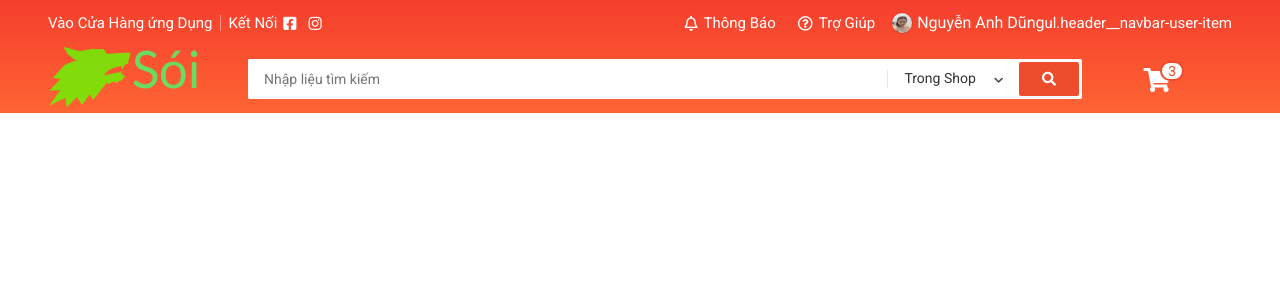
Repository: adwewecat/shoppe
Page: index.html
These files come from the project's save history. The page is drawn as it stood at one moment and after a run of saves; the edit follows.
The browser window is 1280 px wide. The pictures show the whole page.

Above is the page before, as saved 2021-09-03 11:57:37.

### index.html
<!DOCTYPE html>
<html lang="en">

<head>
    <meta charset="UTF-8" />
    <meta http-equiv="X-UA-Compatible" content="IE=edge" />
    <meta name="viewport" content="width=device-width, initial-scale=1.0" />
    <title>Document</title>
    <link rel="preconnect" href="https://fonts.googleapis.com" />
    <link rel="preconnect" href="https://fonts.gstatic.com" crossorigin />
    <link href="https://fonts.googleapis.com/css2?family=Roboto:ital,wght@0,400;0,500;0,700;1,300&display=swap"
        rel="stylesheet" />
    <link rel="stylesheet" href="./assets/css/base.css" />
    <link rel="stylesheet" href="./assets/css/main.css" />
    <link rel="stylesheet" href="./assets/fonts/fontawesome-free-5.15.4/css/all.min.css" />
</head>

<body>
    <div class="main">
        <header class="header">
            <div class="grid">
                <!-- Begin Navbar -->
                <nav class="header__navbar">
                    <ul class="header__navbar-list">
                        <li class="
                  header__navbar-item
                  header__navbar-item--has-qr
                  header__navbar-item--seperate
                ">
                            Vào Cửa Hàng ứng Dụng
                            <!-- Begin Header QR Code -->
                            <div class="header__qr">
                                <img src="./assets/img/qr_code/qrcode_2066837_.png" alt="QR_Code_Lagel"
                                    class="header__qr-img" />
                                <div class="header__qr-apps">
                                    <a href="" class="header__qr-link">
                                        <img src="./assets/img/qr_code/android.png" alt="android"
                                            class="header__qr-dowload-img" />
                                    </a>
                                    <a href="" class="header__qr-link">
                                        <img src="./assets/img/qr_code/ios.png" alt="ios"
                                            class="header__qr-dowload-img" />
                                    </a>
                                </div>
                            </div>
                            <!-- End Header QR Code -->
                        </li>
                        <li class="header__navbar-item">
                            <span class="header__navbar-title-no-pointer">Kết Nối</span>
                            <a href="" class="header__navbar-icon-link">
                                <i class="header__navbar-icon fab fa-facebook-square"></i>
                            </a>
                            <a href="" class="header__navbar-icon-link">
                                <i class="header__navbar-icon fab fa-instagram"></i>
                            </a>
                        </li>
                    </ul>

                    <ul class="header__navbar-list">
                        <li class="header__navbar-item header__navbar-item--has-notify">
                            <a href="" class="header__navbar-item-link">
                                <i class="header__navbar-icon far fa-bell"></i>
                                Thông Báo
                            </a>

                            <!-- Begin hover Thông Báo -->
                            <div class="header__notify">
                                <header class="header__notify-header">
                                    <h3>Thông Báo Mới Nhận</h3>
                                </header>
                                <ul class="header__notify-list">
                                    <li class="header__notify-item header__notify-item--viewed">
                                        <a href="" class="header__notify-link">
                                            <img src="./assets/img/san-pham/xiaomi-mi-11-ultra.jpg"
                                                alt="Xiaomi Mi 11 Ultra" class="header__notify-img" />
                                            <div class="header__notify-info">
                                                <span class="header__notify-name">Xiaomi Mi 11 Ultra</span>
                                                <span class="header__notify-description">Mô tả điện thoại Xiaomi Mi 11
                                                    Ultra</span>
                                            </div>
                                        </a>
                                    </li>

                                    <li class="header__notify-item">
                                        <a href="" class="header__notify-link">
                                            <img src="./assets/img/san-pham/xiaomi-mi-11-ultra.jpg"
                                                alt="Xiaomi Mi 11 Ultra" class="header__notify-img" />
                                            <div class="header__notify-info">
                                                <span class="header__notify-name">Xiaomi Mi 11 Ultra Ultra Ultra Ultra
                                                    Ultra Ultra
                                                    Ultra Ultra Ultra Ultra</span>
                                                <span class="header__notify-description">Mô tả điện thoại Xiaomi Mi 11
                                                    Ultra Mô tả điện
                                                    thoại Xiaomi Mi 11 Ultra Mô tả điện thoại Xiaomi Mi
                                                    11 Ultra Mô tả điện thoại Xiaomi Mi 11 Ultra</span>
                                            </div>
                                        </a>
                                    </li>

                                    <li class="header__notify-item">
                                        <a href="" class="header__notify-link">
                                            <img src="./assets/img/san-pham/xiaomi-mi-11-ultra.jpg"
                                                alt="Xiaomi Mi 11 Ultra" class="header__notify-img" />
                                            <div class="header__notify-info">
                                                <span class="header__notify-name">Xiaomi Mi 11 Ultra</span>
                                                <span class="header__notify-description">Mô tả điện thoại Xiaomi Mi 11
                                                    Ultra</span>
                                            </div>
                                        </a>
                                    </li>
                                </ul>

                                <footer class="header__notify-footer">
                                    <a href="" class="header__notify-footer-btn">Xem Tất Cả</a>
                                </footer>
                            </div>
                            <!-- Begin hover Thông Báo -->
                        </li>

                        <li class="header__navbar-item">
                            <a href="" class="header__navbar-item-link">
                                <i class="header__navbar-icon far fa-question-circle"></i>
                                Trợ Giúp
                            </a>
                        </li>
                        <!-- <li class="header__navbar-item header__navbar-item--strong header__navbar-item--seperate">
                            Đăng Ký
                        </li>
                        <li class="header__navbar-item header__navbar-item--strong">
                            Đăng Nhập
                        </li> -->
                        <li class="header__navbar-item header__navbar-item-user">
                            <img src="./assets/img/san-pham/4.jpg" alt="" class="header__navbar-user-img">
                            <span class="header__navbar-user-name">Nguyễn Anh Dũng</span>

                            ul.header__navbar-user-item

                        </li>
                    </ul>
                </nav>
                <!-- End Navbar -->

                <!-- Begin search, logo, giỏ hàng -->
                <div class="header-with-search">
                    <div class="header__logo">
                        <img src="./assets/img/san-pham/logo.png" alt="" class="header__logo-img" />
                    </div>
                    <!-- Begin Search -->
                    <div class="header__search">
                        <div class="header__search-input-wrap">
                            <input type="text" class="header__search-input" placeholder="Nhập liệu tìm kiếm" />

                            <!-- Search History -->
                            <div class="header__search-history">
                                <h3 class="header__search-history-heading">
                                    Lịch Sử Tìm Kiếm
                                </h3>
                                <ul class="header__search-history-list">
                                    <li class="header__search-history-item">
                                        <a href="">Iphone 12 pro max</a>
                                    </li>
                                    <li class="header__search-history-item">
                                        <a href="">Xiaomi Mi 11i </a>
                                    </li>
                                </ul>
                            </div>
                        </div>

                        <div class="header__search-select">
                            <span class="header__search-select-lable">Trong Shop</span>
                            <i class="header__search-select-icon fas fa-chevron-down"></i>

                            <ul class="header__search-option">
                                <li class="
                      header__search-option-item
                      header__search-option-item--active
                    ">
                                    <span>Trong Shop</span>
                                    <i class="fas fa-check"></i>
                                </li>
                                <li class="header__search-option-item">
                                    <span>Ngoài Shop</span>
                                    <i class="fas fa-check"></i>
                                </li>
                            </ul>
                        </div>
                        <button class="header__search-btn">
                            <i class="header__search-btn-icon fas fa-search"></i>
                        </button>
                    </div>
                    <!-- End Search -->

                    <!-- Begin Giỏ Hàng -->
                    <div class="header__cart">
                        <div class="header__cart-wrap">
                            <i class="fas fa-shopping-cart header__cart-icon"></i>
                            <span class="header__cart-notice">3</span>
                            <!-- No card : header__cart-list--no-cart -->
                            <div class="header__cart-list ">
                                <img src="./assets/img/san-pham/chua-co-san-pham.png" alt=""
                                    class="header__cart-no-cart-img" />
                                <span class="header__cart-list--no-cart-msg">Chưa Có Sản Phẩm Nào</span>

                                <!-- Có sản phẩm -->
                                <h4 class="header__cart-heading">Sản Phẩm Đã Thêm</h4>
                                <ul class="header__cart-list-item">
                                    <!-- Cart Item -->
                                    <li class="header__cart-item">
                                        <img src="./assets/img/san-pham/xiaomi-mi-11-ultra.jpg" alt=""
                                            class="header__cart-img" />
                                        <div class="header__cart-item-info">
                                            <div class="header__cart-item-head">
                                                <h5 class="header__cart-item-name">
                                                    Điện Thoại Cấu Hình Cao
                                                </h5>
                                                <div class="header__cart-item-price-wrap">
                                                    <span class="header__cart-item-price">19.000.000đ</span>
                                                    <span class="header__cart-item-multiply">x</span>
                                                    <span class="header__cart-item-quantity">2</span>
                                                </div>
                                            </div>
                                            <div class="header__cart-item-body">
                                                <span class="header__cart-item-description">
                                                    Phân Loại Hàng : Điện Thoại Thông Minh
                                                </span>
                                                <span class="header__cart-item-remove">Xóa</span>
                                            </div>
                                        </div>
                                    </li>
                                </ul>
                                <ul class="header__cart-list-item">
                                    <!-- Cart Item -->
                                    <li class="header__cart-item">
                                        <img src="./assets/img/san-pham/xiaomi-mi-11-ultra.jpg" alt=""
                                            class="header__cart-img" />
                                        <div class="header__cart-item-info">
                                            <div class="header__cart-item-head">
                                                <h5 class="header__cart-item-name">
                                                    Điện Thoại Cấu Hình Cao
                                                </h5>
                                                <div class="header__cart-item-price-wrap">
                                                    <span class="header__cart-item-price">19.000.000đ</span>
                                                    <span class="header__cart-item-multiply">x</span>
                                                    <span class="header__cart-item-quantity">2</span>
                                                </div>
                                            </div>
                                            <div class="header__cart-item-body">
                                                <span class="header__cart-item-description">
                                                    Phân Loại Hàng : Điện Thoại Thông Minh
                                                </span>
                                                <span class="header__cart-item-remove">Xóa</span>
                                            </div>
                                        </div>
                                    </li>
                                </ul>
                                <div>
                                    <a href="#" class="header__cart-view-cart btn btn--primary">Xem Tất Cả</a>
                                </div>
                            </div>
                        </div>
                    </div>
                    <!-- End Giỏ Hàng -->
                </div>
                <!-- End search, logo, giỏ hàng -->
            </div>
        </header>

        <div class="container"></div>

        <footer class="footer"></footer>
    </div>

    <!-- Begin Modal -->
    <!-- <div class="modal">
        <div class="modal__overlay"></div>

        <div class="modal__body"> -->

    <!-- Begin Register form -->
    <!-- <div class="auth-form">
                    <div class="auth-form__container">
                        <div class="auth-form__header">
                            <h3 class="auth-form__heading">Đăng Ký</h3>
                            <span class="auth-form__switch-btn">Đăng Nhập</span>
                        </div>

                        <div class="auth-form__form">
                            <div class="auth-form__group">
                                <input type="text" class="auth-form__input" placeholder="Nhập Email">
                            </div>
                            <div class="auth-form__group">
                                <input type="password" class="auth-form__input" placeholder="Nhập Mật Khẩu">
                            </div>
                            <div class="auth-form__group">
                                <input type="password" class="auth-form__input" placeholder="Nhập Lại Mật Khẩu">
                            </div>
                        </div>

                        <div class="auth-form__aside">
                            <p class="auth-form__policy-text">
                                Bằng Việc Đăng Ký , Bạn Đã Đồng Ý Với Shop Về
                                <a href="" class="auth-form__text-link">Điều Khoản Dịch Vụ</a> &
                                <a href="" class="auth-form__text-link">Chính Sách Bảo Mật</a>
                            </p>
                        </div>

                        <div class="auth-form__controls">
                            <button class="btn btn--normal auth-form__controls-back">TRỞ LẠI</button>
                            <button class="btn btn--primary">Đăng Ký</button>
                        </div>
                    </div>


                    <div class="auth-form__socials">

                        <a href="" class=" auth-form__socials-facebook btn btn--size-s btn--witch-icon">
                            <i class="auth-form__socials-icon fab fa-facebook-square"></i>
                            <span class="auth-form__socials-title">
                                Kết Nối Với Facebook
                            </span>
                        </a>

                        <a href="" class="auth-form__socials-google btn btn--size-s btn--witch-icon">
                            <i class="auth-form__socials-icon fab fa-google-plus-square"></i>
                            <span class="auth-form__socials-title">
                                Kết Nối Với Google
                            </span>
                        </a>
                    </div>
                </div> -->
    <!-- Begin Register form -->

    <!-- Begin Login form -->
    <!-- <div class="auth-form">
                    <div class="auth-form__container">
                        <div class="auth-form__header">
                            <h3 class="auth-form__heading">Đăng Nhập</h3>
                            <span class="auth-form__switch-btn">Đăng Ký</span>
                        </div>

                        <div class="auth-form__form">
                            <div class="auth-form__group">
                                <input type="text" class="auth-form__input" placeholder="Nhập Email">
                            </div>
                            <div class="auth-form__group">
                                <input type="password" class="auth-form__input" placeholder="Nhập Mật Khẩu">
                            </div>
                        </div>

                        <div class="auth-form__aside">
                            <div class="auth-form__help">
                                <a href="" class="auth-form__help-link auth-form__help-forgot">Quên Mật Khẩu</a>
                                <span class="auth-form__help-separate"></span>
                                <a href="" class="auth-form__help-link">Cần Trợ Giúp?</a>
                            </div>
                        </div>

                        <div class="auth-form__controls">
                            <button class="btn btn--normal auth-form__controls-back">Trở Lại</button>
                            <button class="btn btn--primary">Đăng Nhập</button>
                        </div>
                    </div>


                    <div class="auth-form__socials">

                        <a href="" class=" auth-form__socials-facebook btn btn--size-s btn--witch-icon">
                            <i class="auth-form__socials-icon fab fa-facebook-square"></i>
                            <span class="auth-form__socials-title">
                                Kết Nối Với Facebook
                            </span>
                        </a>

                        <a href="" class="auth-form__socials-google btn btn--size-s btn--witch-icon">
                            <i class="auth-form__socials-icon fab fa-google-plus-square"></i>
                            <span class="auth-form__socials-title">
                                Kết Nối Với Google
                            </span>
                        </a>
                    </div>
                </div> -->
    <!-- End Login form -->

    <!-- </div>
    </div> -->

    <!-- End Modal -->
</body>

</html>

### assets/css/base.css

/* Reset CSS */
/*! normalize.css v8.0.1 | MIT License | github.com/necolas/normalize.css */
html{line-height:1.15;-webkit-text-size-adjust:100%}body{margin:0}main{display:block}h1{font-size:2em;margin:.67em 0}hr{box-sizing:content-box;height:0;overflow:visible}pre{font-family:monospace,monospace;font-size:1em}a{background-color:transparent}abbr[title]{border-bottom:none;text-decoration:underline;text-decoration:underline dotted}b,strong{font-weight:bolder}code,kbd,samp{font-family:monospace,monospace;font-size:1em}small{font-size:80%}sub,sup{font-size:75%;line-height:0;position:relative;vertical-align:baseline}sub{bottom:-.25em}sup{top:-.5em}img{border-style:none}button,input,optgroup,select,textarea{font-family:inherit;font-size:100%;line-height:1.15;margin:0}button,input{overflow:visible}button,select{text-transform:none}[type=button],[type=reset],[type=submit],button{-webkit-appearance:button}[type=button]::-moz-focus-inner,[type=reset]::-moz-focus-inner,[type=submit]::-moz-focus-inner,button::-moz-focus-inner{border-style:none;padding:0}[type=button]:-moz-focusring,[type=reset]:-moz-focusring,[type=submit]:-moz-focusring,button:-moz-focusring{outline:1px dotted ButtonText}fieldset{padding:.35em .75em .625em}legend{box-sizing:border-box;color:inherit;display:table;max-width:100%;padding:0;white-space:normal}progress{vertical-align:baseline}textarea{overflow:auto}[type=checkbox],[type=radio]{box-sizing:border-box;padding:0}[type=number]::-webkit-inner-spin-button,[type=number]::-webkit-outer-spin-button{height:auto}[type=search]{-webkit-appearance:textfield;outline-offset:-2px}[type=search]::-webkit-search-decoration{-webkit-appearance:none}::-webkit-file-upload-button{-webkit-appearance:button;font:inherit}details{display:block}summary{display:list-item}template{display:none}[hidden]{display:none}
/*# sourceMappingURL=normalize.min.css.map */
/* https://cdnjs.cloudflare.com/ajax/libs/normalize/8.0.1/normalize.min.css */


:root {
    --primary-color: #EE4D2D;
    --white-color: #fff;
    --black-color: #000;
    --text-color: #333;
    --border-color: #dbdbdb;

    --navbar-height:34px;
    --header-height:120px
    --header-with-search-height:calc(var(var(--header-height)-var(var(--navbar-height))))

}

*{
    box-sizing: border-box; /* lÀM Kích thước không bị thay đổi khi làm dầy padding và border */

}

html {
    /* Hack */
    font-size: 62.5%;
    line-height: 1.6rem; /*1rem bằng 10px khi setup font-size: 62.5%;*/
    font-family: 'Roboto', sans-serif; /*sans-serif là thuộc tính chữ ko gạch chân*/
}


.grid {
    width: 1200px;
    max-width: 100%;
    margin: 0 auto; /*trên dưới bằng 0  trái phải auto , tự động căn giữa khi khối này nằm trong khối khác*/
}

.grid__full-width {
    width: 100%;
}


/* Những thẻ nào nằm trong class này sẽ cùng nằm trên 1 hàng ngang và nếu co giao diện sẽ tự động xuống dòng */
.grid__row {
    display: flex;
    flex-wrap: wrap;
}

/* Animation */
@keyframes fadeIn {
    from {
        opacity: 0;
    }
    to {
        opacity: 1;
    }
}

@keyframes growth {
    from {
        transform: scale(var(--growth-form));
    }
    to{
        transform: scale(var(--growth-to));
    }
}



/* ====================================== */
/* Begin Modal */
.modal {
    position: fixed;
    top: 0;
    bottom: 0;
    right: 0;
    left: 0;
    display: flex;
    animation: fadeIn ease-in 0.5s;
}
.modal__overlay {
    position: absolute;
    width: 100%;
    height: 100%;
    background-color: rgba(12, 5, 5, 0.4);
}

.modal__body {
    --growth-form : 0.7s;
    --growth-to:1s;
    background-color: green;
    margin: auto;
    position: relative;
    z-index: 1; /*Hiện thị ưu tiên lên trên*/
    animation: growth linear 0.5s;
}

/* End Modal */
/* ====================================== */



/* button style */
.btn {
    min-width: 124px;
    height: 36px;
    text-decoration: none;
    border: none;
    border-radius: 2px;
    font-size: 1.5rem;
    padding: 0 12px;
    outline: none;
    cursor: pointer;
    color: var(--text-color);
    display: flex;
    justify-content: center;
    align-items: center;
    line-height: 1.6rem;
}

.btn.btn--normal:hover {
    background-color: rgba(0,0,0,0.1);

}

.btn.btn--size-s {
    height: 32px;
    font-size: 12px;
    padding: 0 8px;
}


/* Phải có cả 2 class này mới được áp dụng */
.btn.btn--primary {
    color: var(--white-color);
    background-color: var(--primary-color);
}

.btn.btn-disabled {
    cursor: default;
    filter: brightness(80%); /*Giamr độ sáng*/
    background-color: #c3c3c3;
    color: #949494;
}

Loaded but not shown: assets/fonts/fontawesome-free-5.15.4/css/all.min.css (library); assets/css/main.css (969 lines, source omitted)

After the next 3 saves:
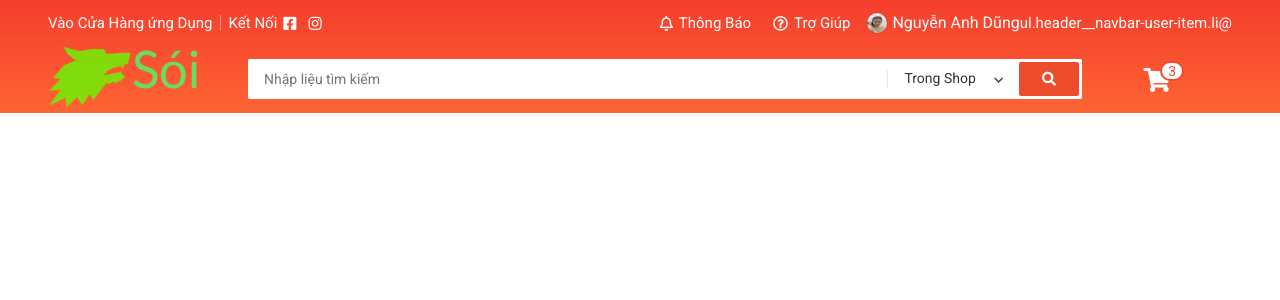
The 3 saves are shown as one change because they came seconds apart.
The last was saved 12 s later.
--- a/index.html
+++ b/index.html
@@ -133,7 +133,7 @@
                             <img src="./assets/img/san-pham/4.jpg" alt="" class="header__navbar-user-img">
                             <span class="header__navbar-user-name">Nguyễn Anh Dũng</span>
 
-                            ul.header__navbar-user-item
+                            ul.header__navbar-user-item.li@
 
                         </li>
                     </ul>
